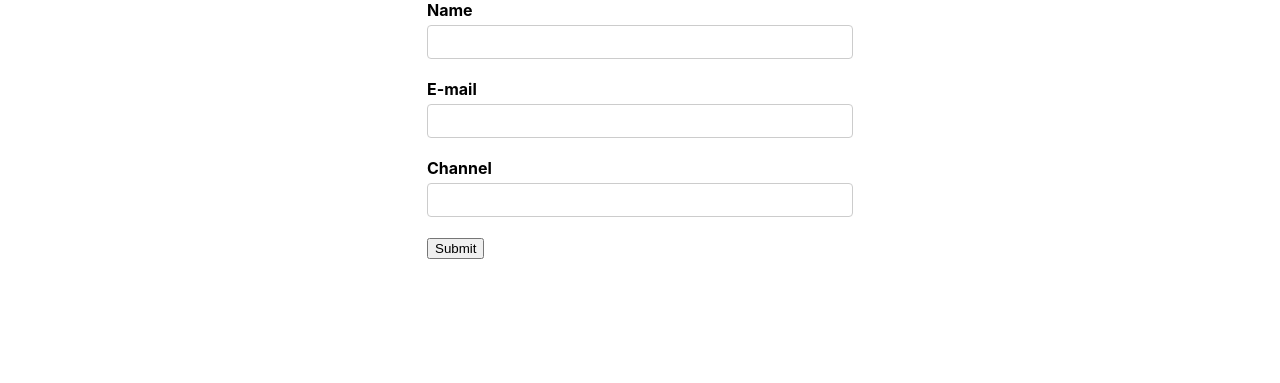
Repository: taivuong95/react-formik
Page: / (app in react-formik-demo/)
These files come from the project's save history. The page is drawn as it stood at one moment and after the next save; the edit follows.
The browser window is 1280 px wide. The pictures show the whole page.
The project was rebuilt for these pictures with package versions that can differ from the ones it lists, and the page was loaded fresh each time.

Above is the page before, as saved 2021-01-17 18:08:04.

After the next save:
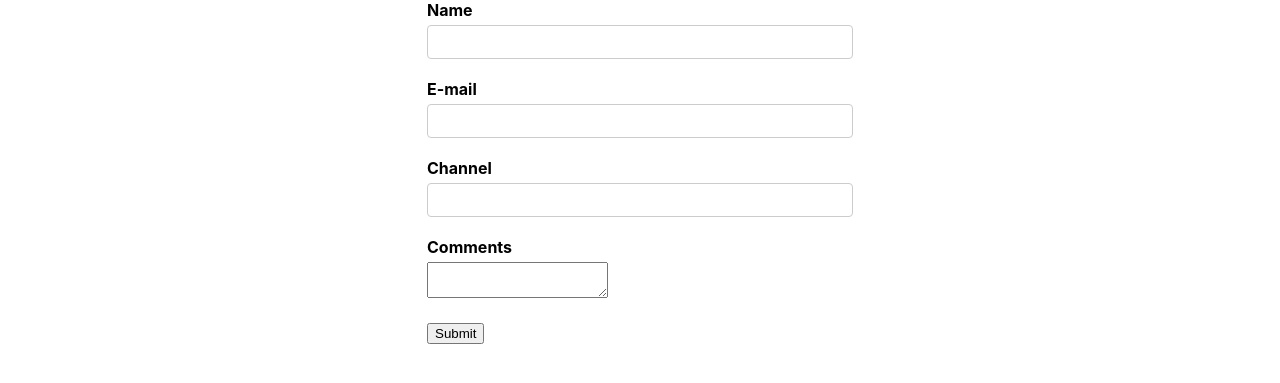
Saved 12 h 46 min later.
--- a/react-formik-demo/src/components/YoutubeForm.js
+++ b/react-formik-demo/src/components/YoutubeForm.js
@@ -6,6 +6,7 @@ const initialValues = {
   name: "",
   email: "",
   channel: "",
+  comments:""
 };
 
 const onSubmit = (values) => {
@@ -41,6 +42,12 @@ function YoutubeForm(props) {
           <Field type='text' id='channel' name='channel' />
           <ErrorMessage name='channel' />
         </div>
+
+        <div className='form-control'>
+          <label htmlFor='comments'>Comments</label>
+          <Field as="textarea"  id='comments' name='comments' />
+        </div>
+
         <button type='submit'>Submit</button>
       </Form>
     </Formik>
